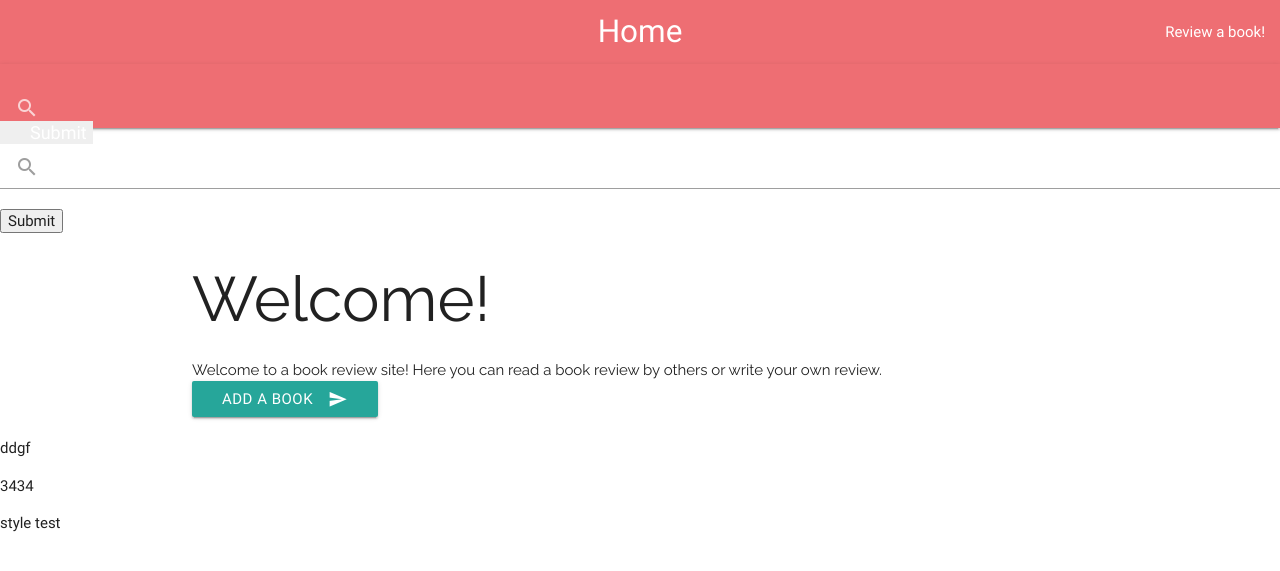
Repository: h8130084/bookReview
Page: http://localhost/
The author's editor kept a record of every edit. The page is drawn from the files as they stood at one moment, then again after the next edit.
The browser window is 1280 px wide. The pictures show the whole page.
Some web libraries are served in a nearby version. The page is served by the project's application, run on Flask 3 (app.py). Queries for data that is not in the repository find no rows.

Above is the page before.
Console error: ReferenceError: M is not defined

After the next edit:
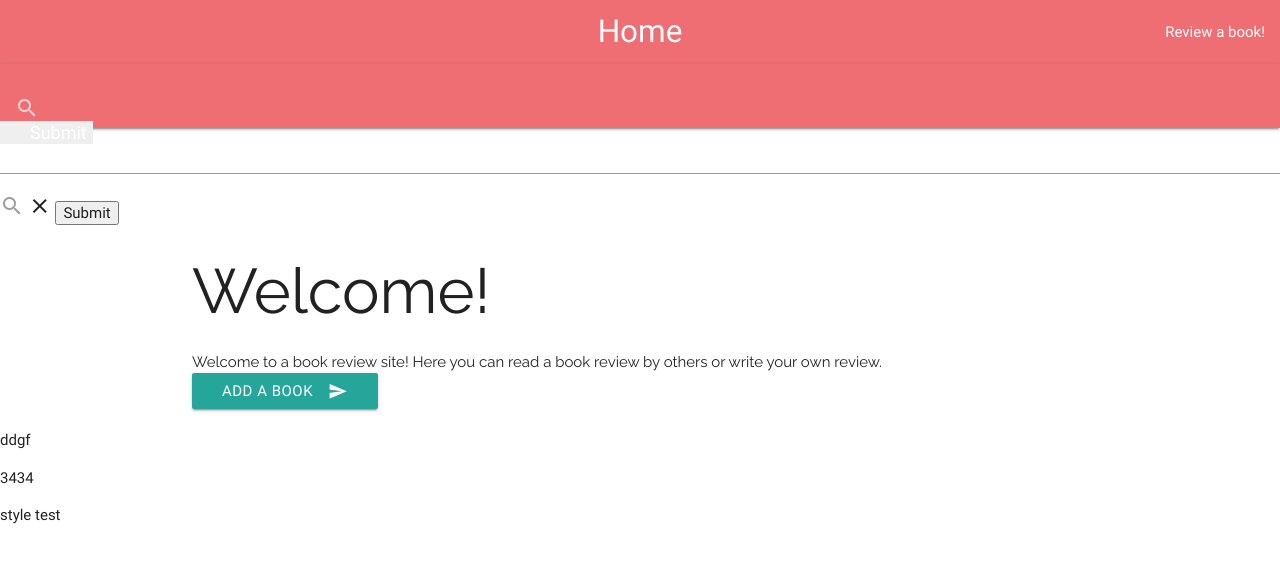
The edit:
--- a/templates/base.html
+++ b/templates/base.html
@@ -40,7 +40,7 @@
     </header>
 
 
-                        <div class="input-field" "center">
+
                             <input id="search" type="search" name="Title" required>
                             <label class="label-icon" for="search"><i class="material-icons">search</i></label>
                             <i class="material-icons">close</i>
